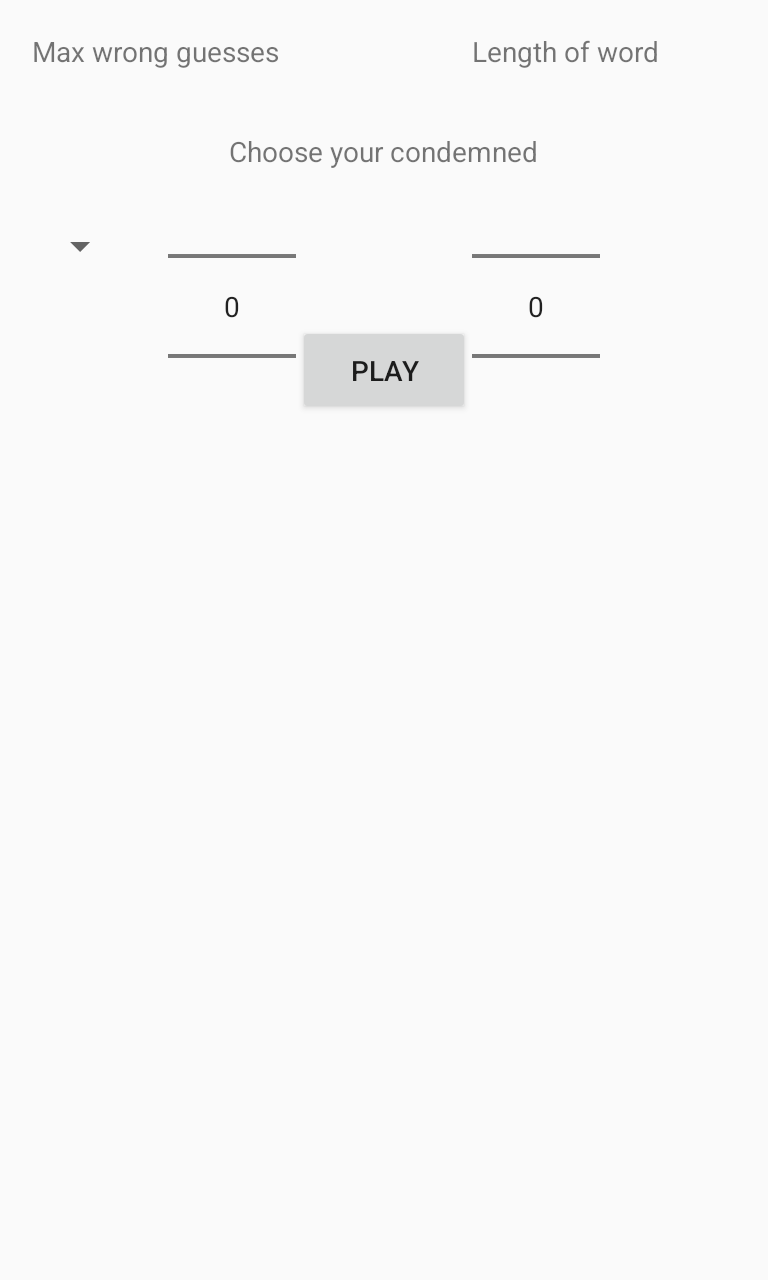
Repository: Sjaakja/hangman_app_studio
Layout: workspace/Hangman-TimeToSaveYourFriends/res/layout/activity_play_settings.xml
An editor plug-in stored every save of this project. The layout is shown before and after the next save, followed by the edit.
It is drawn on a 768 x 1280 px phone screen (xhdpi) without system bars, with theme AppTheme; the app's code is not run.

Above is the layout before, as saved 2014-06-12 14:32:28.

### workspace/Hangman-TimeToSaveYourFriends/res/layout/activity_play_settings.xml
<RelativeLayout xmlns:android="http://schemas.android.com/apk/res/android"
    xmlns:tools="http://schemas.android.com/tools"
    android:layout_width="match_parent"
    android:layout_height="match_parent"
    android:paddingBottom="@dimen/activity_vertical_margin"
    android:paddingLeft="@dimen/activity_horizontal_margin"
    android:paddingRight="@dimen/activity_horizontal_margin"
    android:paddingTop="@dimen/activity_vertical_margin"
    tools:context="com.example.hangman_timetosaveyourfriends.PlaySettings$PlaceholderFragment" >

    <TextView
        android:id="@+id/textView1"
        android:layout_width="wrap_content"
        android:layout_height="wrap_content"
        android:layout_alignParentLeft="true"
        android:layout_alignParentTop="true"
        android:text="@string/text_wrong_guesses" />

    <NumberPicker
        android:id="@+id/wrongGuess"
        android:layout_width="wrap_content"
        android:layout_height="wrap_content"
        android:layout_below="@+id/textView1"
        android:layout_marginTop="28dp"
        android:layout_toLeftOf="@+id/button1" />

    <NumberPicker
        android:id="@+id/lengthWord"
        android:layout_width="wrap_content"
        android:layout_height="wrap_content"
        android:layout_alignTop="@+id/wrongGuess"
        android:layout_toRightOf="@+id/button1" />

    <TextView
        android:id="@+id/textView2"
        android:layout_width="wrap_content"
        android:layout_height="wrap_content"
        android:layout_above="@+id/wrongGuess"
        android:layout_alignLeft="@+id/lengthWord"
        android:text="@string/text_word_length" />

    <TextView
        android:id="@+id/textView3"
        android:layout_width="wrap_content"
        android:layout_height="wrap_content"
        android:layout_below="@+id/numberPicker1"
        android:layout_centerHorizontal="true"
        android:layout_marginTop="50dp"
        android:text="@string/text_choose_condemned" />

    <Spinner
        android:id="@+id/spinner1"
        android:layout_width="wrap_content"
        android:layout_height="wrap_content"
        android:layout_alignLeft="@+id/textView1"
        android:layout_below="@+id/textView3"
        android:layout_marginTop="26dp" />

    <Button
        android:id="@+id/button1"
        android:layout_width="wrap_content"
        android:layout_height="wrap_content"
        android:layout_below="@+id/spinner1"
        android:layout_centerHorizontal="true"
        android:layout_marginTop="26dp"
        android:text="@string/text_play" />

</RelativeLayout>

### workspace/Hangman-TimeToSaveYourFriends/res/values/strings.xml
<?xml version="1.0" encoding="utf-8"?>
<resources>

    <string name="app_name">Hangman - Time to save your friends</string>
    <string name="action_settings">Settings</string>
    <string name="test">Test</string>

    <string name="title_activity_play_settings">PlaySettings</string>
    	<string name="text_wrong_guesses">Max wrong guesses</string>
    	<string name="text_word_length">Length of word</string>
    	<string name="text_choose_condemned">Choose your condemned</string>
    	<string name="text_play">Play</string>

    <string name="title_activity_play">Play</string>
    	<string name="text_test">Hier komen de puntjes</string>

    <string name="title_activity_my_condemned">MyCondemned</string>
    	<string name="add_condemned">Add Condemned</string>

    <string name="title_activity_highscores">Highscores</string>

</resources>

Loaded but not shown: workspace/Hangman-TimeToSaveYourFriends/res/values/styles.xml (common file); workspace/Hangman-TimeToSaveYourFriends/res/values-v11/styles.xml (common file); workspace/Hangman-TimeToSaveYourFriends/res/values-v14/styles.xml (common file); workspace/Hangman-TimeToSaveYourFriends/res/values/dimens.xml (common file); workspace/Hangman-TimeToSaveYourFriends/res/values-w820dp/dimens.xml (common file)

After the next save:
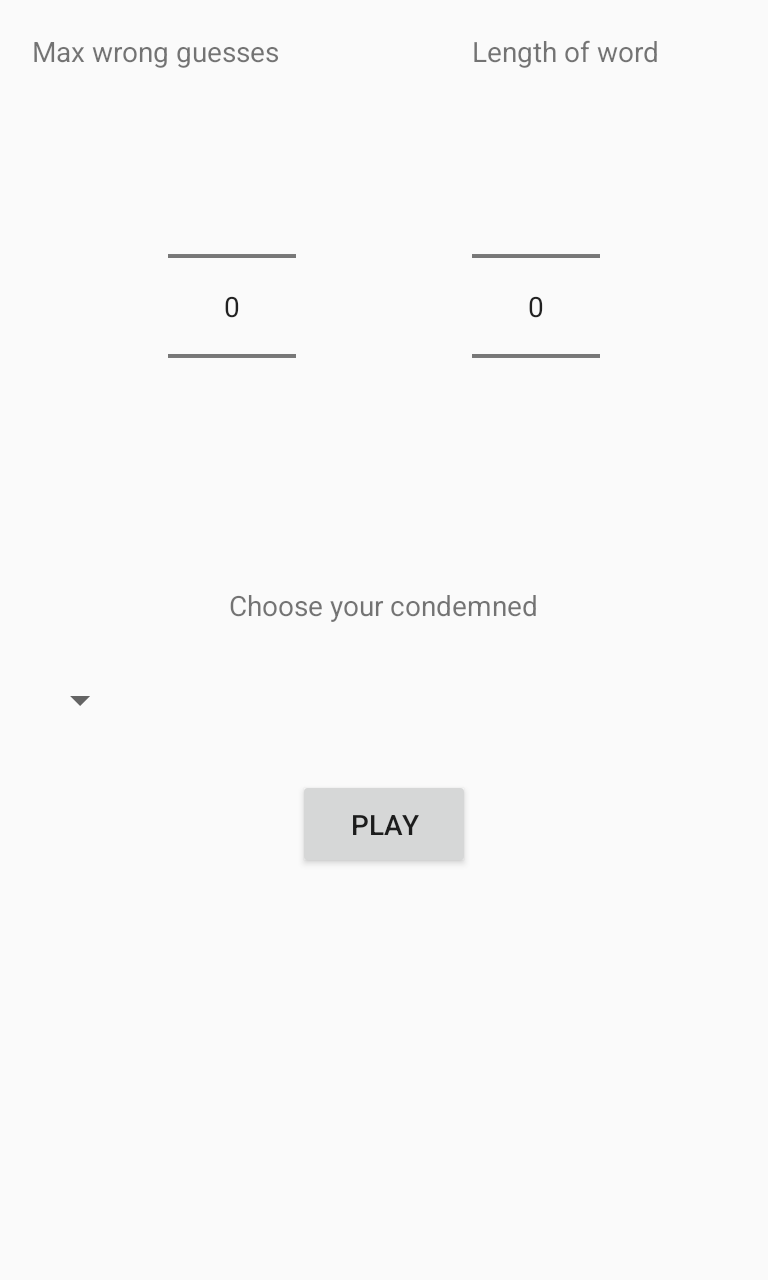
Saved 2 min 30 s later.
--- a/workspace/Hangman-TimeToSaveYourFriends/res/layout/activity_play_settings.xml
+++ b/workspace/Hangman-TimeToSaveYourFriends/res/layout/activity_play_settings.xml
@@ -39,15 +39,6 @@
         android:layout_alignLeft="@+id/lengthWord"
         android:text="@string/text_word_length" />
 
-    <TextView
-        android:id="@+id/textView3"
-        android:layout_width="wrap_content"
-        android:layout_height="wrap_content"
-        android:layout_below="@+id/numberPicker1"
-        android:layout_centerHorizontal="true"
-        android:layout_marginTop="50dp"
-        android:text="@string/text_choose_condemned" />
-
     <Spinner
         android:id="@+id/spinner1"
         android:layout_width="wrap_content"
@@ -65,4 +56,13 @@
         android:layout_marginTop="26dp"
         android:text="@string/text_play" />
 
+    <TextView
+        android:id="@+id/textView3"
+        android:layout_width="wrap_content"
+        android:layout_height="wrap_content"
+        android:layout_below="@+id/wrongGuess"
+        android:layout_centerHorizontal="true"
+        android:layout_marginTop="50dp"
+        android:text="@string/text_choose_condemned" />
+
 </RelativeLayout>
